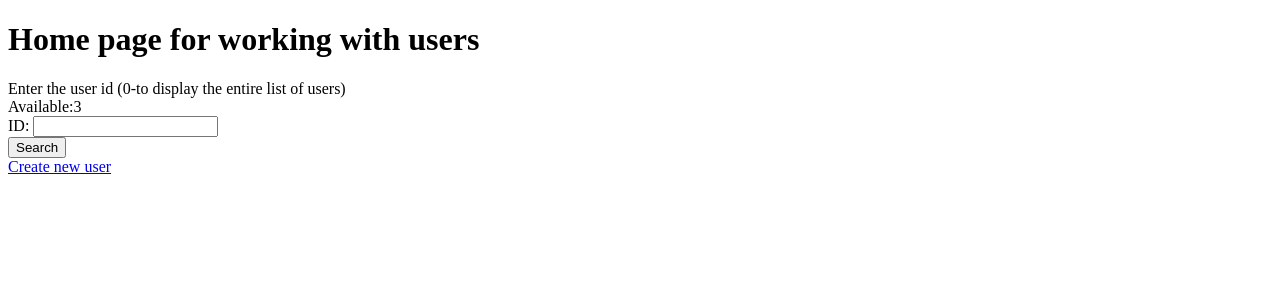
Repository: chistyakova-ann/NT
Page: http://localhost/myServlet/
An editor plug-in stored every save of this project. The page is shown before and after the next save, followed by the edit.
The browser window is 1280 px wide. The pictures show the whole page.
The page is served by Tomcat 9. Other server files are loaded and not shown.

Above is the page before, as saved 2020-10-06 06:40:45.

### заглушки/users/eclipse-workspace/myServlet/WebContent/index.jsp
<%@ page import="logic.Model" %>

<%@ page language="java" contentType="text/html; charset=ISO-8859-1"
    pageEncoding="ISO-8859-1"%>
<!DOCTYPE html>
<html>
<head>
<meta charset="ISO-8859-1">
<title>Insert title here</title>
</head>
<body>
<h1>Home page for working with users</h1>
Enter the user id (0-to display the entire list of users)
<br/>
Available:<%
Model model=Model.getInstance();
out.print(model.getFromList().size());
%>
<form method="get" action="get">
<label>ID:
<input type="text" name="id"><br/>
</label>
<button type="submit">Search</button>
</form>
<a href="addUser.html">Create new user</a>
</body>
</html>

### заглушки/users/eclipse-workspace/myServlet/src/logic/User.java
package logic;

public class User {
private String name;
private String surname;
private String salary;

public User(String name, String surname, String salary) {
	this.name=name;
	this.surname=surname;
	this.salary=salary;
}
public void setName(String name) {
	this.name=name;
}
public String getName() {
	return name;
	}
public void setSurname(String surname) {
	this.surname=surname;
}
public String getSurname() {
	return surname;
	}
public void setSalary(String salary) {
	this.salary=salary;
}
public String getSalary() {
	return salary;
	}
}

After the next save:
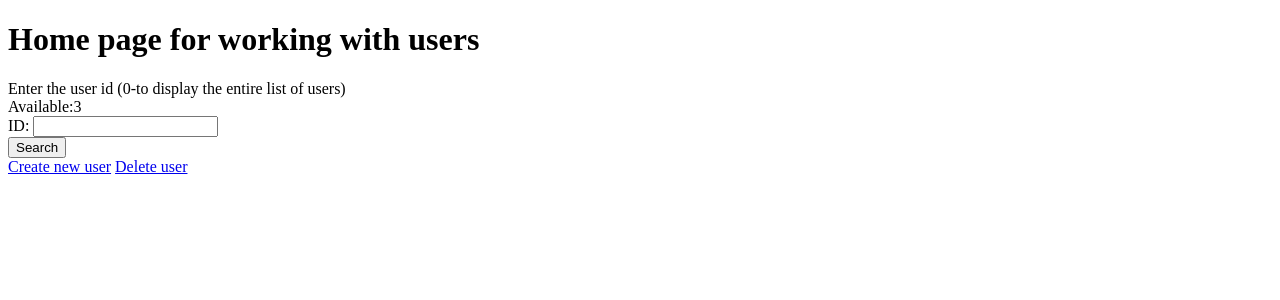
Saved 29 s later.
--- a/заглушки/users/eclipse-workspace/myServlet/WebContent/index.jsp
+++ b/заглушки/users/eclipse-workspace/myServlet/WebContent/index.jsp
@@ -23,5 +23,6 @@ out.print(model.getFromList().size());
 <button type="submit">Search</button>
 </form>
 <a href="addUser.html">Create new user</a>
+<a href="delete.html">Delete user</a>
 </body>
 </html>
